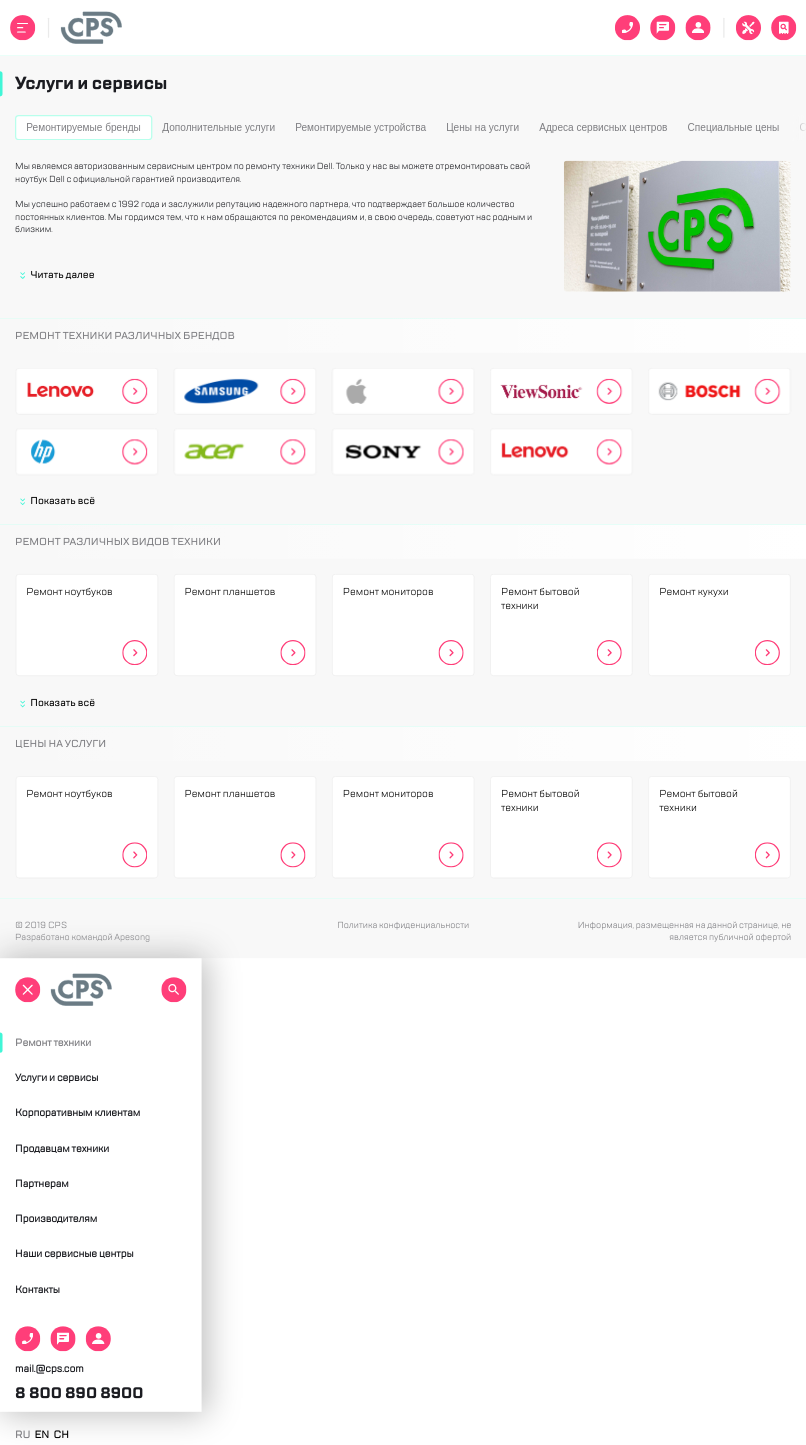
Repository: Dedoxa/WebCoreF
Page: /
The author's editor kept a copy of each file at every save. The page is drawn from the files as they stood at one save, then again after the next save.
The browser window is 1280 px wide. The pictures show the whole page, at 63% of full size.
The project was rebuilt for these pictures with package versions that can differ from the ones it lists, and the page was loaded fresh each time. Also part of the build but not shown: webpack.config.js.

Above is the page before, as saved 2024-06-15 17:31:05.

After the next save:
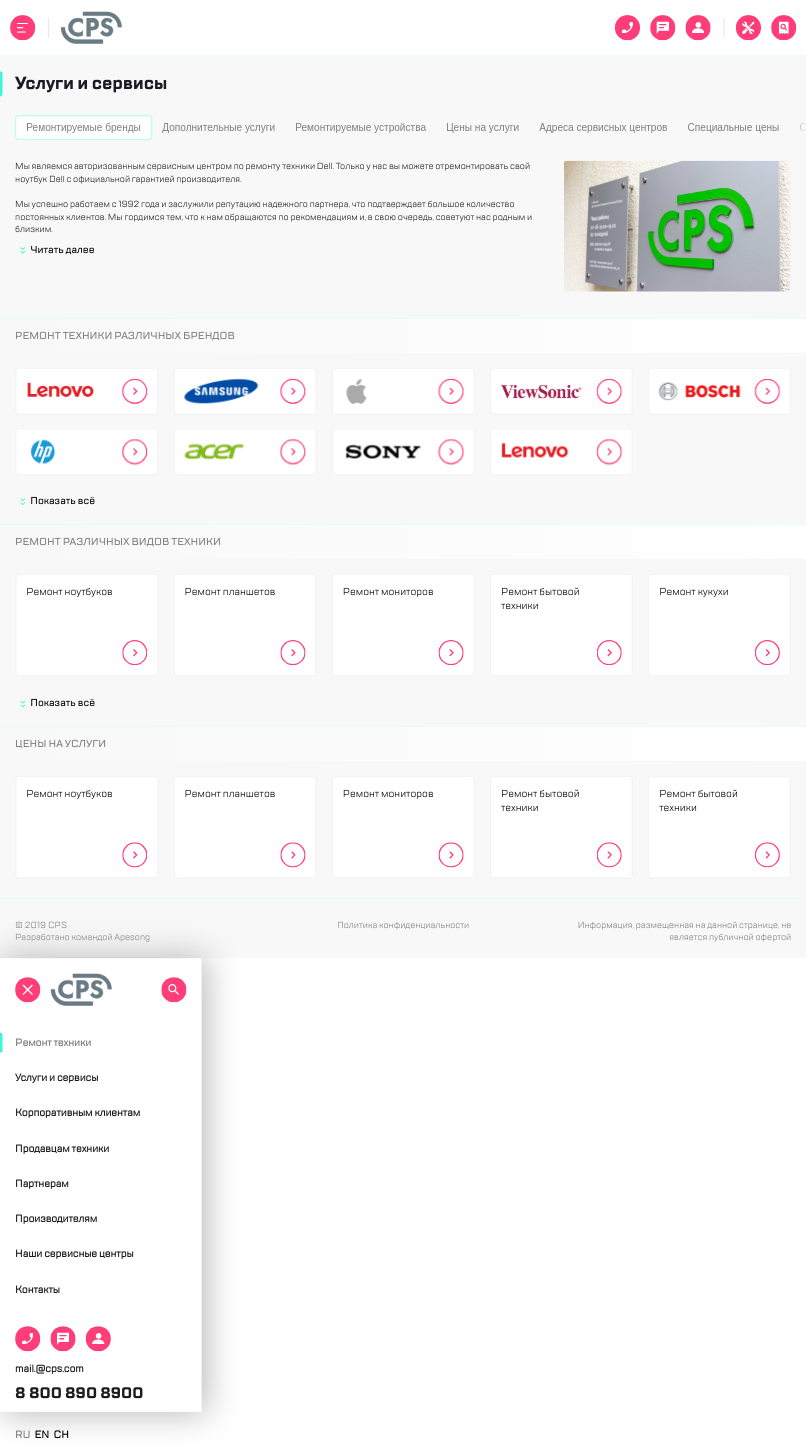
Saved 2 min 16 s later.
--- a/src/scss/presentation.scss
+++ b/src/scss/presentation.scss
@@ -222,12 +222,12 @@
       overflow: hidden;
       font-weight: 500;
 
-      height: 90px;
+      max-height: 90px;
       line-height: 18px;
 
       @media (min-width: 768px) {
         min-width: 312px;
-        height: 160px;
+        max-height: 160px;
         line-height: 20px;
       }
 
